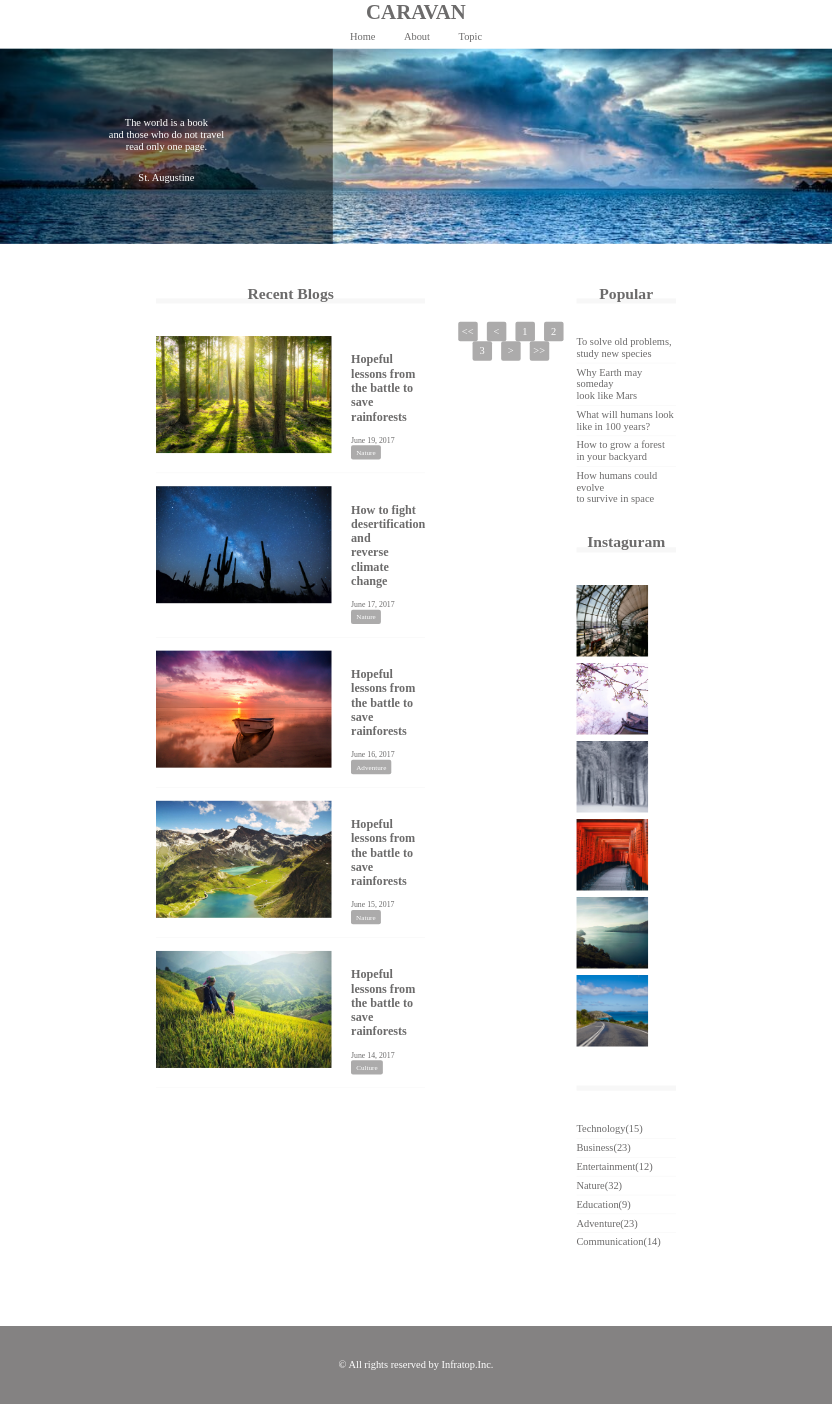
Repository: 825814/caravan2
Page: caravan/index.html
The author's editor kept a record of every edit. The page is drawn from the files as they stood at one moment, then again after the next edit.
The browser window is 1280 px wide. The pictures show the whole page, at 65% of full size.

Above is the page before.

After the next edit:
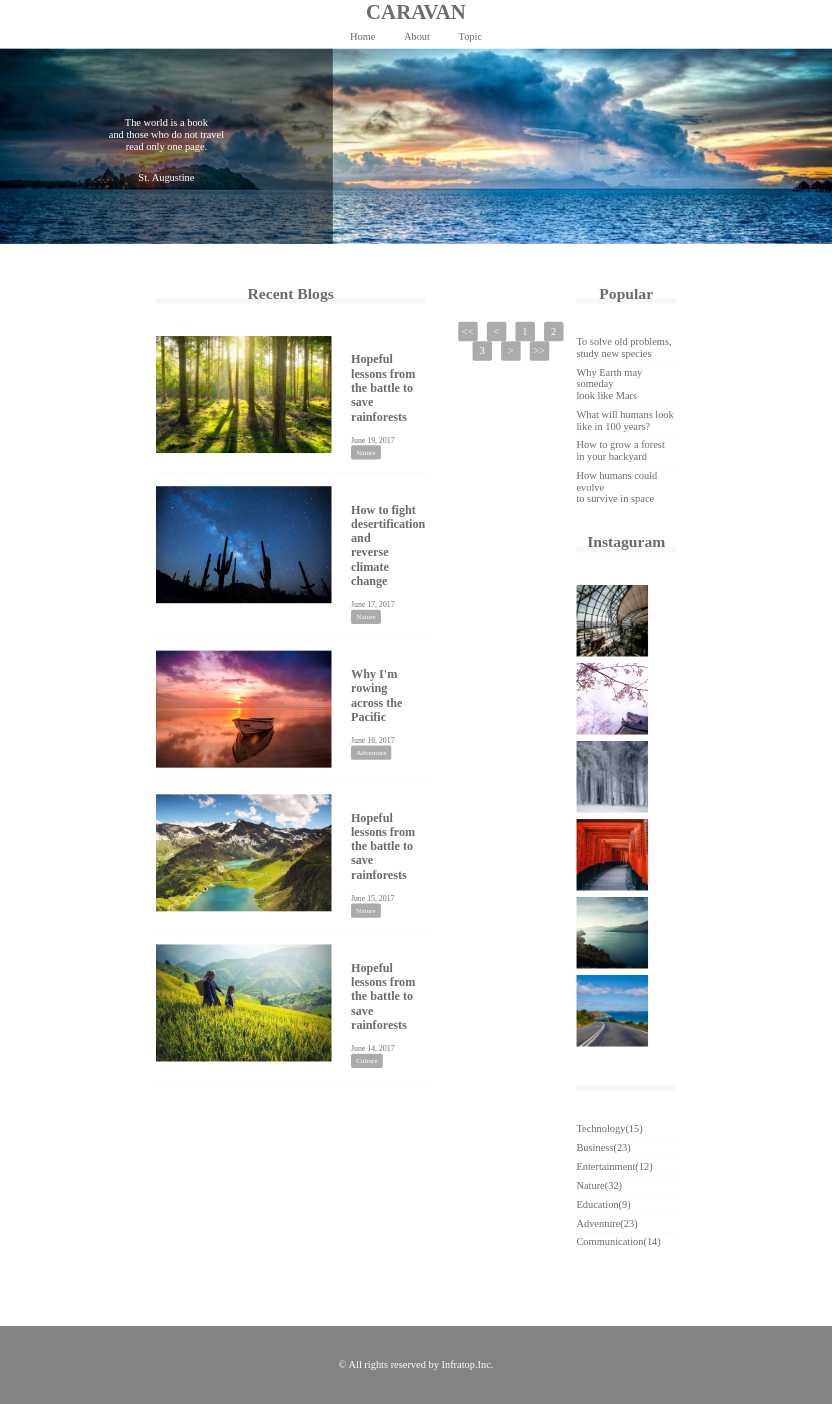
The edit:
--- a/caravan/index.html
+++ b/caravan/index.html
@@ -80,9 +80,8 @@
             <section class="blog-text">
               <h3 class="blog-text-heading">
                 <a href="single.html">
-                 Hopeful lessons from<br>
-                 the battle to save<br>
-                 rainforests
+                 Why I'm rowing<br />
+                  across the Pacific
                 </a>
               </h3>
               <p class="blog-date">June 16, 2017</p>
